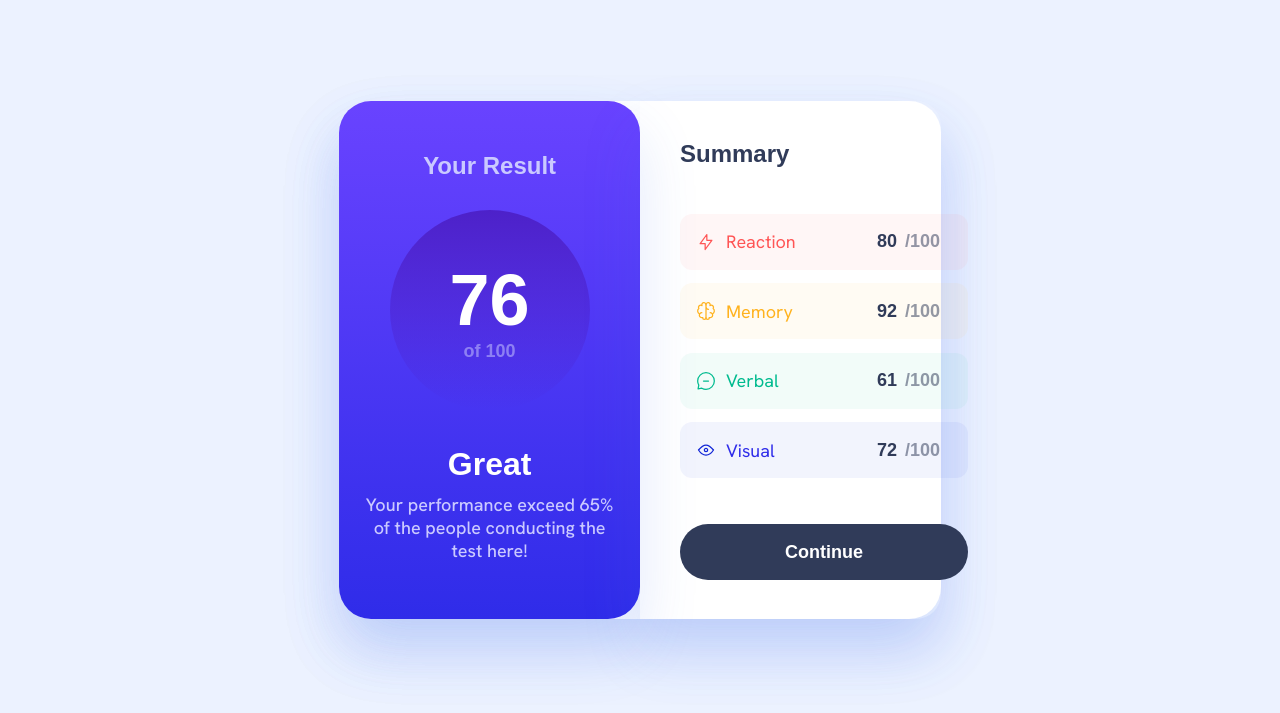
Repository: KamoliddinGIT/result-summary
Page: index.html
The author's editor kept a copy of each file at every save. The page is drawn from the files as they stood at one save, then again after the next save.
The browser window is 1280 px wide. The pictures show the whole page.
Some web fonts or font styles are not loaded; a fallback is used.

Above is the page before, as saved 2023-09-08 16:32:43.

After the next save:
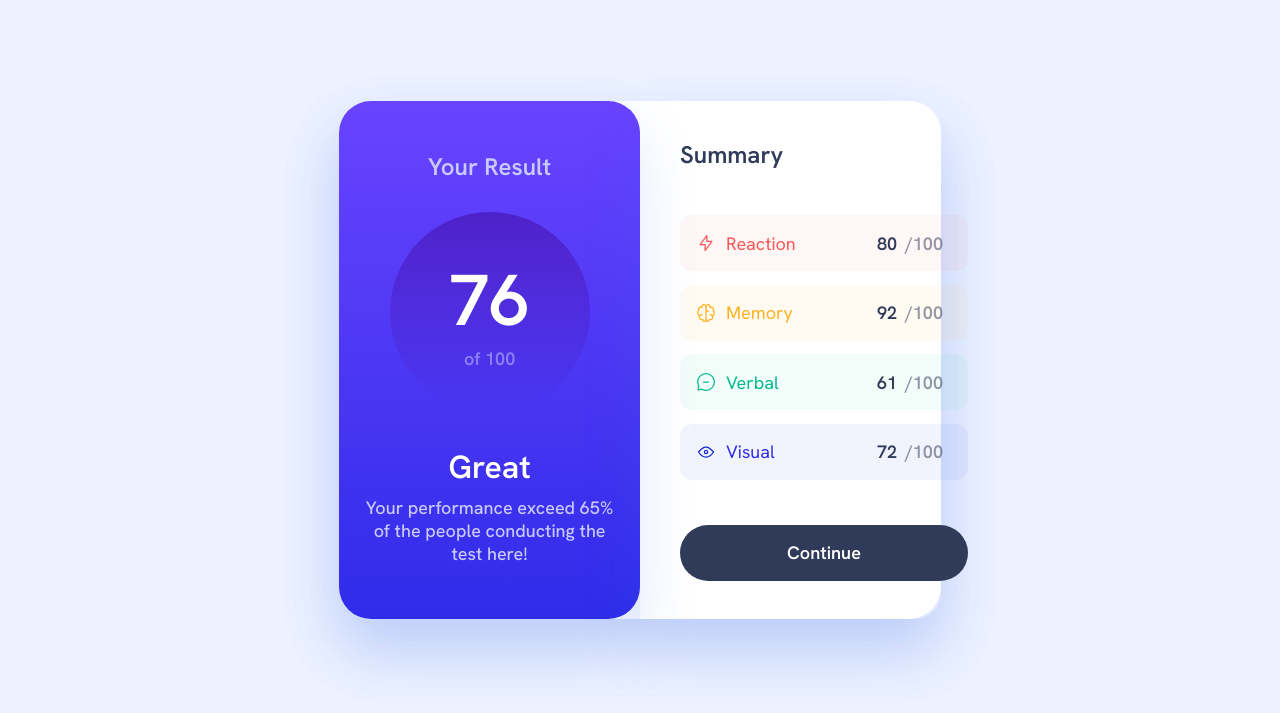
Saved 17 s later.
--- a/css/style.css
+++ b/css/style.css
@@ -1,31 +1,3 @@
-/* FONT-FACE */
-@font-face {
-  font-family: "Hanken Grotesk";
-  src: url("../fonts/HankenGrotesk-ExtraBold.woff2") format("woff2"),
-    url("../fonts/HankenGrotesk-ExtraBold.woff") format("woff");
-  font-weight: bold;
-  font-style: normal;
-  font-display: swap;
-}
-
-@font-face {
-  font-family: "Hanken Grotesk";
-  src: url("../fonts/HankenGrotesk-Medium.woff2") format("woff2"),
-    url("../fonts/HankenGrotesk-Medium.woff") format("woff");
-  font-weight: 500;
-  font-style: normal;
-  font-display: swap;
-}
-
-@font-face {
-  font-family: "Hanken Grotesk";
-  src: url("../fonts/HankenGrotesk-Bold.woff2") format("woff2"),
-    url("../fonts/HankenGrotesk-Bold.woff") format("woff");
-  font-weight: bold;
-  font-style: normal;
-  font-display: swap;
-}
-
 * {
   margin: 0;
   padding: 0;
